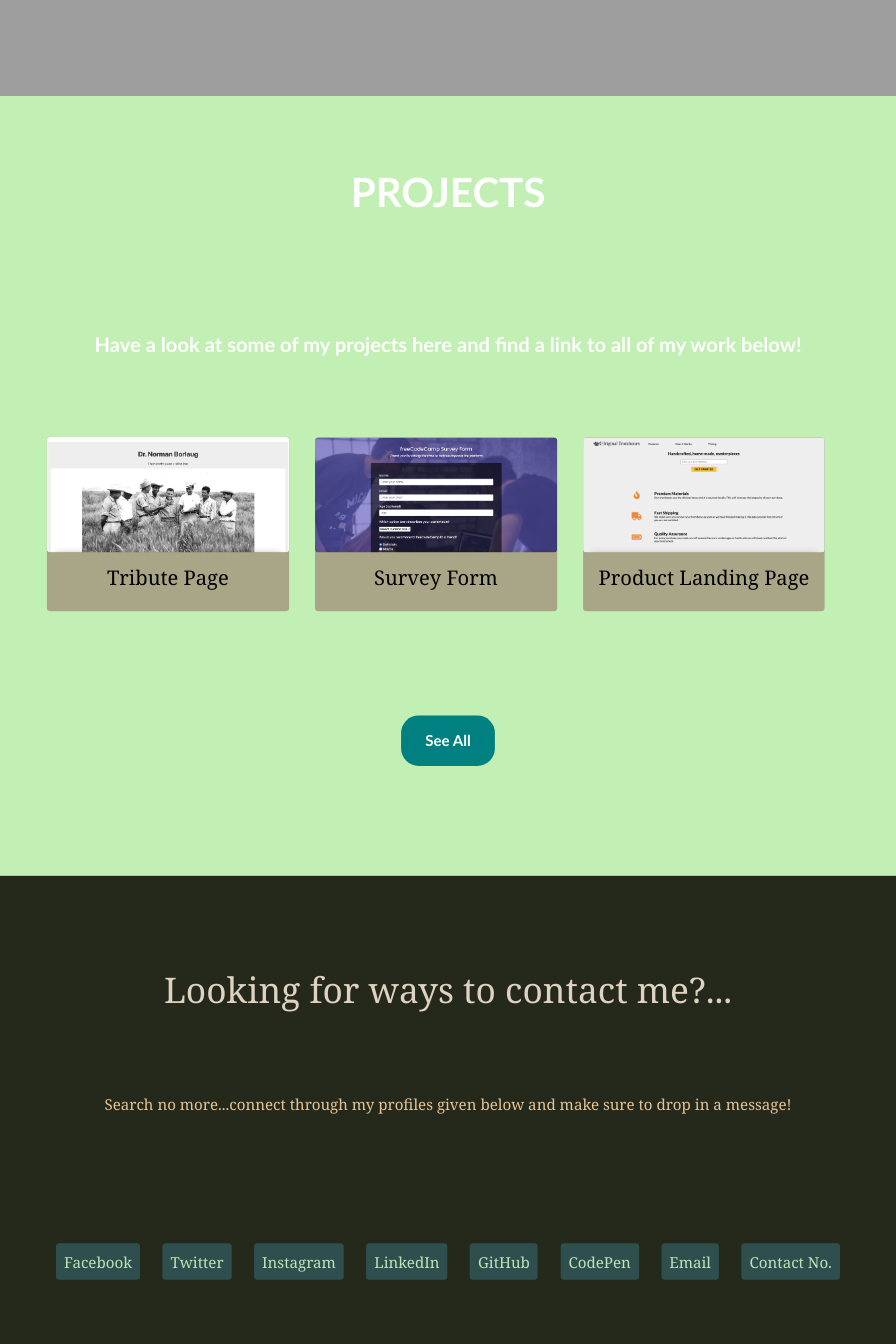
Repository: srush-shah/GRIP-Task3
Page: index.html
An editor plug-in stored every save of this project. The page is shown before and after a run of saves, followed by the edit.
The browser window is 1280 px wide. The pictures show the part of the page from y = 583 to 2503 px (the page is 2794 px tall before and 2777 px after), at 70% of full size.
Pictures or frames that could not be fetched are drawn as grey boxes.

Above is the page before, as saved 2021-07-21 18:29:20.

After the next 2 saves:
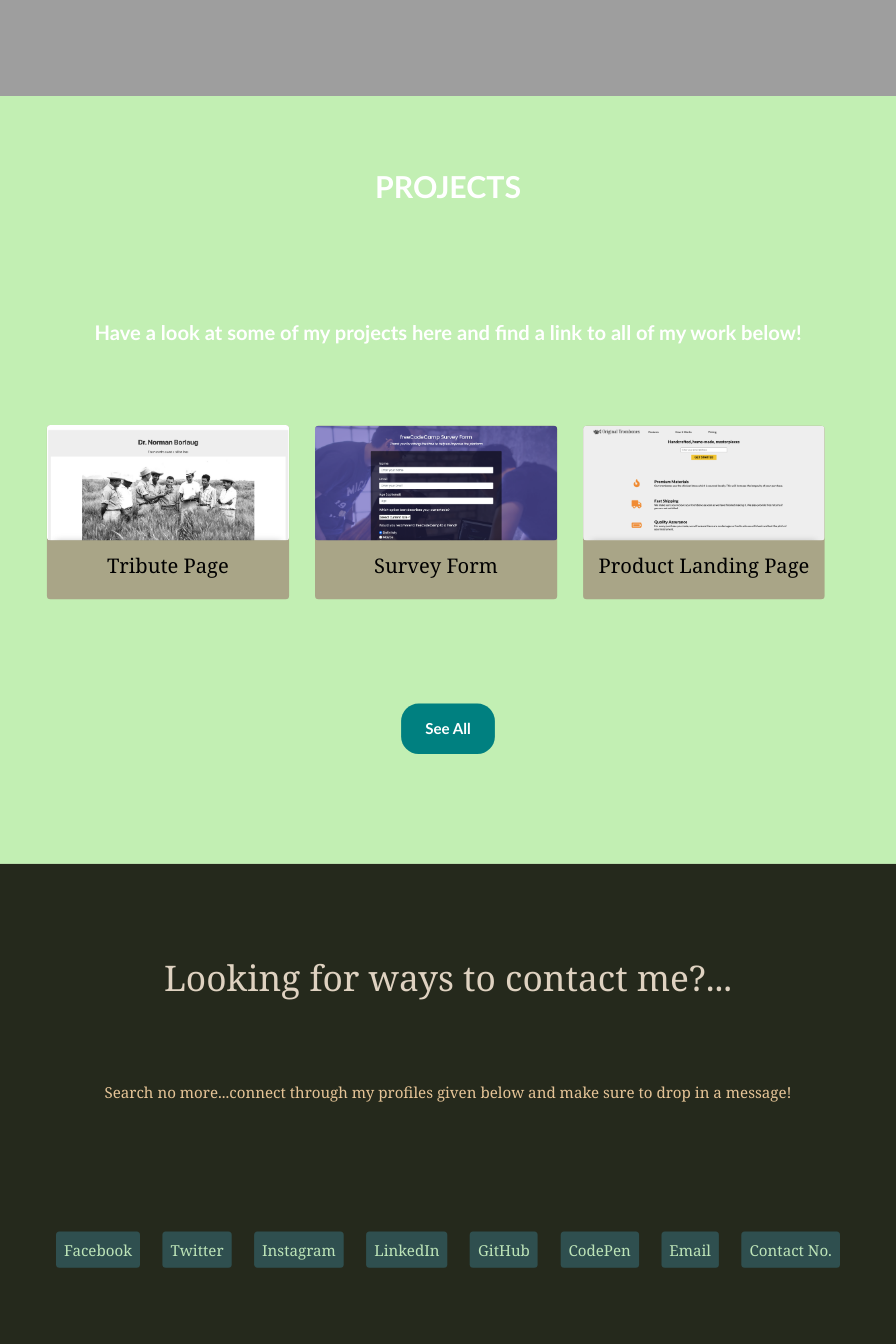
The 2 saves are shown as one change because they came seconds apart.
The last was saved 8 s later.
--- a/styles/style.css
+++ b/styles/style.css
@@ -34,11 +34,11 @@ h1 {
 }
 
 h2 {
-  font-size: 8vh;
+  font-size: 6vh;
 }
 
 h3 {
-  font-size: 8vh;
+  font-size: 6vh;
 }
 
 h4 {
